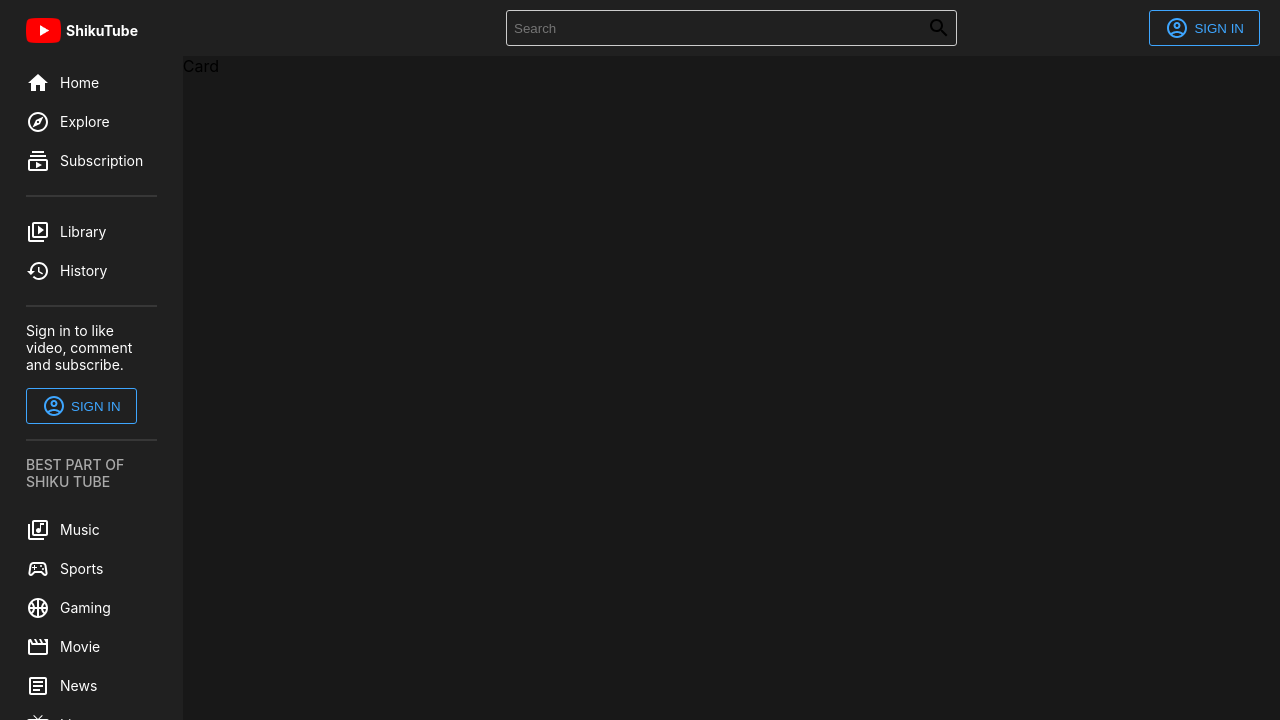
Repository: shikubro90/YouTube
Page: /
An editor plug-in stored every save of this project. The page is shown before and after the next save, followed by the edit.
The browser window is 1280 px wide. The pictures show the whole page.
The project was rebuilt for these pictures with package versions that can differ from the ones it lists, and the page was loaded fresh each time. Also part of the build but not shown: src/App.css, src/pages/Video.jsx.

Above is the page before, as saved 2022-07-19 17:30:27.

After the next save:
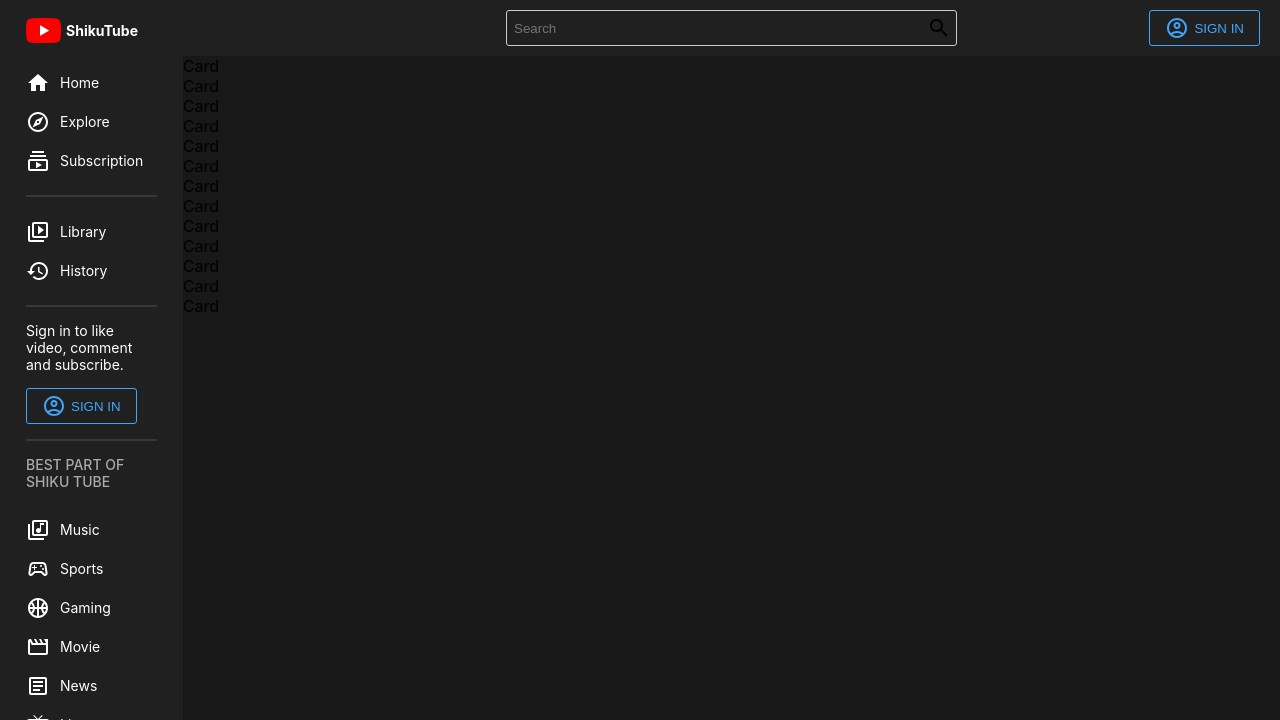
Saved 22 s later.
--- a/src/pages/Home.jsx
+++ b/src/pages/Home.jsx
@@ -10,6 +10,18 @@
     return (
         <div>
             <Card/>
+            <Card/>
+            <Card/>
+            <Card/>
+            <Card/>
+            <Card/>
+            <Card/>
+            <Card/>
+            <Card/>
+            <Card/>
+            <Card/>
+            <Card/>
+            <Card/>
         </div>
     );
 };
